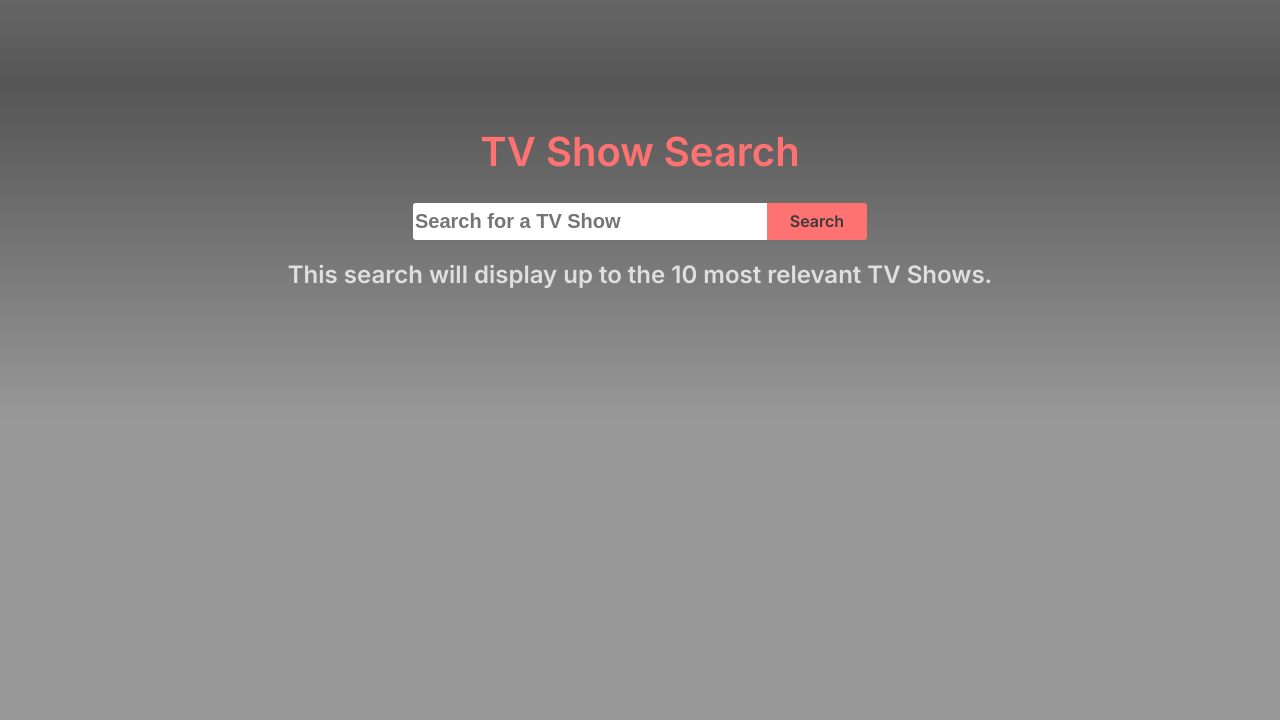
Repository: shayanabedi98/tv-search-react
Page: /
The author's editor kept a copy of each file at every save. The page is drawn from the files as they stood at one save, then again after the next save.
The browser window is 1280 px wide. The pictures show the whole page.
The project was rebuilt for these pictures with package versions that can differ from the ones it lists, and the page was loaded fresh each time. Also part of the build but not shown: vite.config.js.

Above is the page before, as saved 2024-01-09 15:33:57.

After the next save:
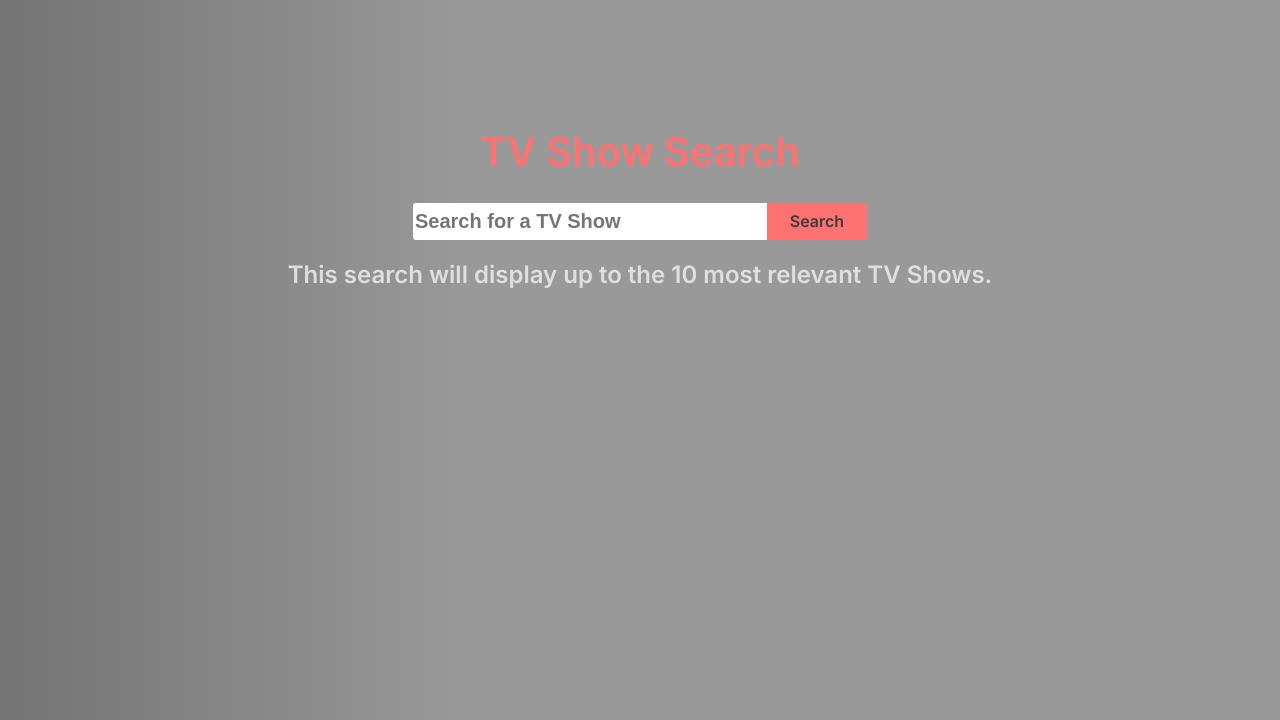
Saved 8 s later.
--- a/src/index.css
+++ b/src/index.css
@@ -11,7 +11,7 @@ body {
   padding: 0;
   color: rgb(223, 223, 223);
   width: 100%;
-  background: linear-gradient(rgb(153, 153, 153), rgb(85, 85, 85), rgb(153, 153, 153), rgb(153, 153, 153));
+  background: linear-gradient(to left, rgb(153, 153, 153), rgb(85, 85, 85), rgb(153, 153, 153), rgb(153, 153, 153));
   background-size: 200% 200%;
   animation: move-bg 15s linear infinite;
 }
